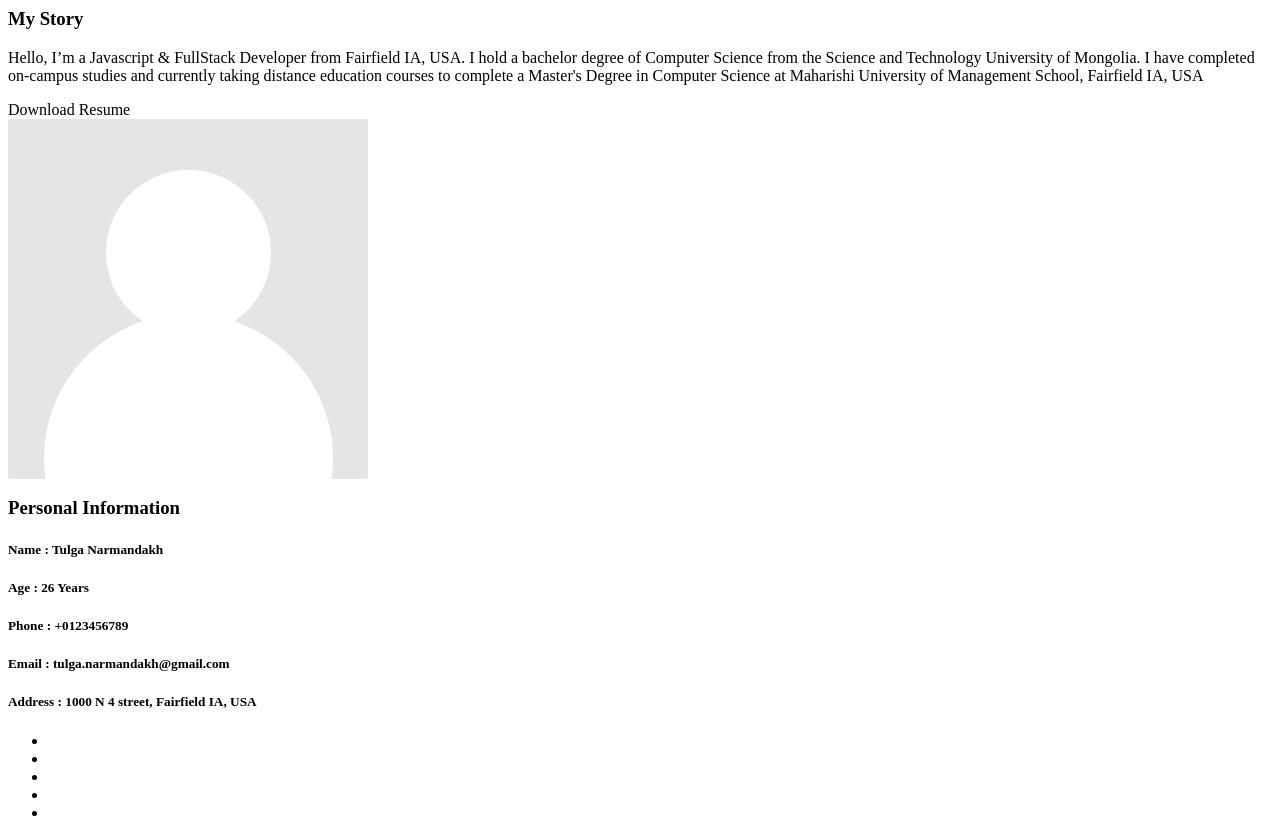
Repository: tulga1970/portfolio
Page: public/app/template/partial/about.html
The author's editor kept a record of every edit. The page is drawn from the files as they stood at one moment, then again after the next edit.
The browser window is 1280 px wide. The pictures show the whole page.

Above is the page before.

### public/app/template/partial/about.html
<div class="container" ng-controller="about">
	<div class="row">
		<div class="clearfix about-inner">
			<div class="col-sm-12 col-md-4">
				<div class="person-about">
					<h3 class="about-subtitle">My Story</h3>
					<p>Hello, I’m a Javascript &amp; FullStack Developer from Fairfield IA, USA.
					I hold a bachelor degree of Computer Science from the Science and Technology University of Mongolia.
					I have completed on-campus studies and currently taking distance education courses to complete a Master's Degree in Computer Science
					at Maharishi University of Management School, Fairfield IA, USA
					<br />

					</p>
					<a class="waves-effect waves-light btn-large brand-bg white-text"><i class="mdi-content-archive left"></i> Download Resume</a>
				</div>
			</div>
			<!-- about me description -->
			<div class="col-sm-6 col-md-4">
				<div class="person-img wow fadeIn">
					<img class="z-depth-1" src="images/person.png" alt="">
				</div>
			</div>
			<!-- about me image -->
			<div class="col-sm-6 col-md-4">
				<div class="person-info">
					<h3 class="about-subtitle">Personal Information</h3>
					<h5><span>Name :</span> Tulga Narmandakh</h5>
					<h5><span>Age :</span> 26 Years</h5>
					<h5><span>Phone :</span> +0123456789</h5>
					<h5><span>Email :</span> tulga.narmandakh@gmail.com</h5>
					<h5><span>Address :</span> 1000 N 4 street, Fairfield IA, USA</h5>
				</div>
				<div class="about-social">
					<ul>
						<li>
							<a href="https://www.linkedin.com/in/tulganar" class="btn-floating waves-effect waves-light white"><i class="fa fa-linkedin"></i></a>
						</li>
						<li>
							<a href="https://bitbucket.org/tulga1970" class="btn-floating waves-effect waves-light white"><i class="fa fa-bitbucket"></i></a>
						</li>
						<li>
							<a href="https://github.com/tulga1970" class="btn-floating waves-effect waves-light white"><i class="fa fa-github"></i></a>
						</li>
						<li>
							<a href="https://twitter.com/tulga1970" class="btn-floating waves-effect waves-light white"><i class="fa fa-twitter"></i></a>
						</li>
						<li>
							<a href="https://plus.google.com/101584217568016964634/posts" class="btn-floating waves-effect waves-light white"><i class="fa fa-google-plus"></i></a>
						</li>
					</ul>
				</div>
			</div>
			<!-- about me info -->
		</div>
	</div>
</div>

After the next edit:
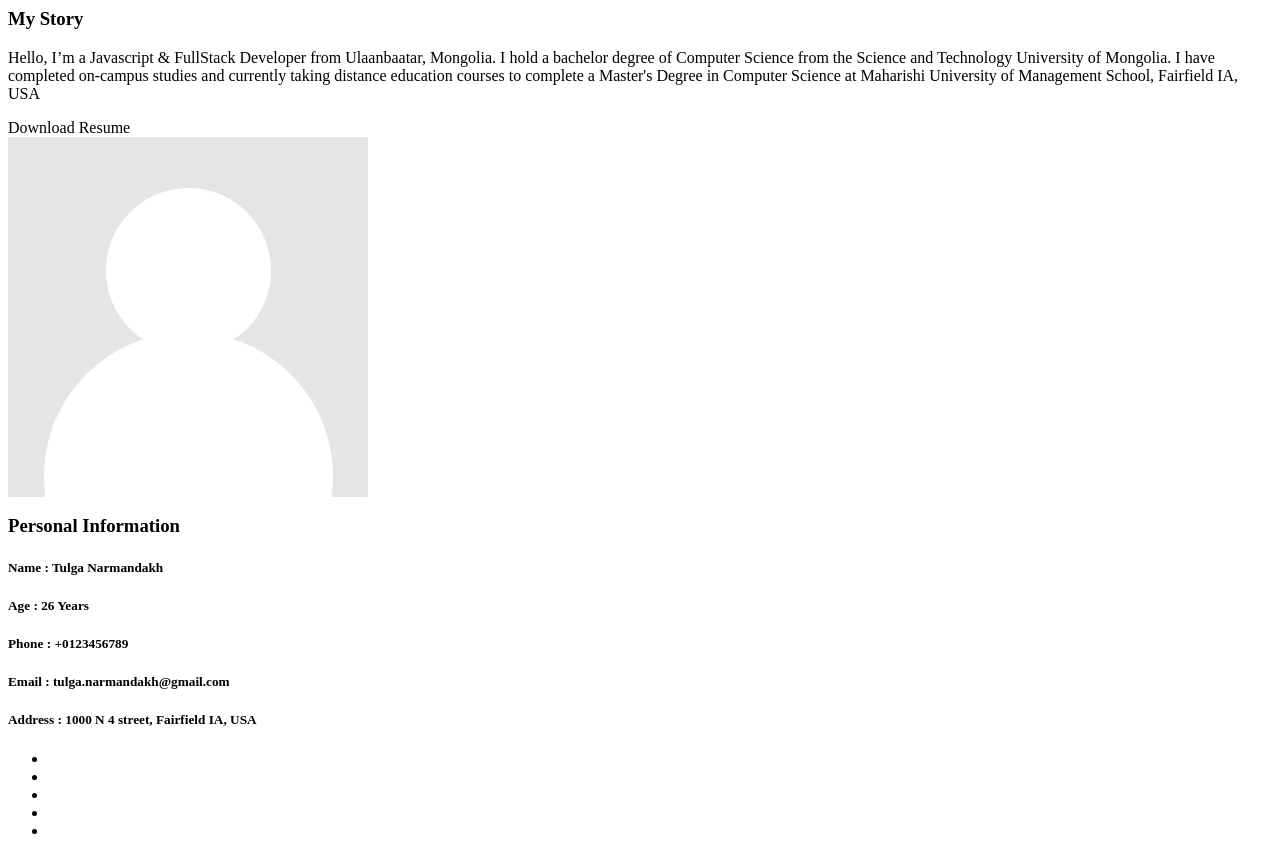
The edit:
--- a/public/app/template/partial/about.html
+++ b/public/app/template/partial/about.html
@@ -4,7 +4,7 @@
 			<div class="col-sm-12 col-md-4">
 				<div class="person-about">
 					<h3 class="about-subtitle">My Story</h3>
-					<p>Hello, I’m a Javascript &amp; FullStack Developer from Fairfield IA, USA.
+					<p>Hello, I’m a Javascript &amp; FullStack Developer from Ulaanbaatar, Mongolia.
 					I hold a bachelor degree of Computer Science from the Science and Technology University of Mongolia.
 					I have completed on-campus studies and currently taking distance education courses to complete a Master's Degree in Computer Science
 					at Maharishi University of Management School, Fairfield IA, USA
